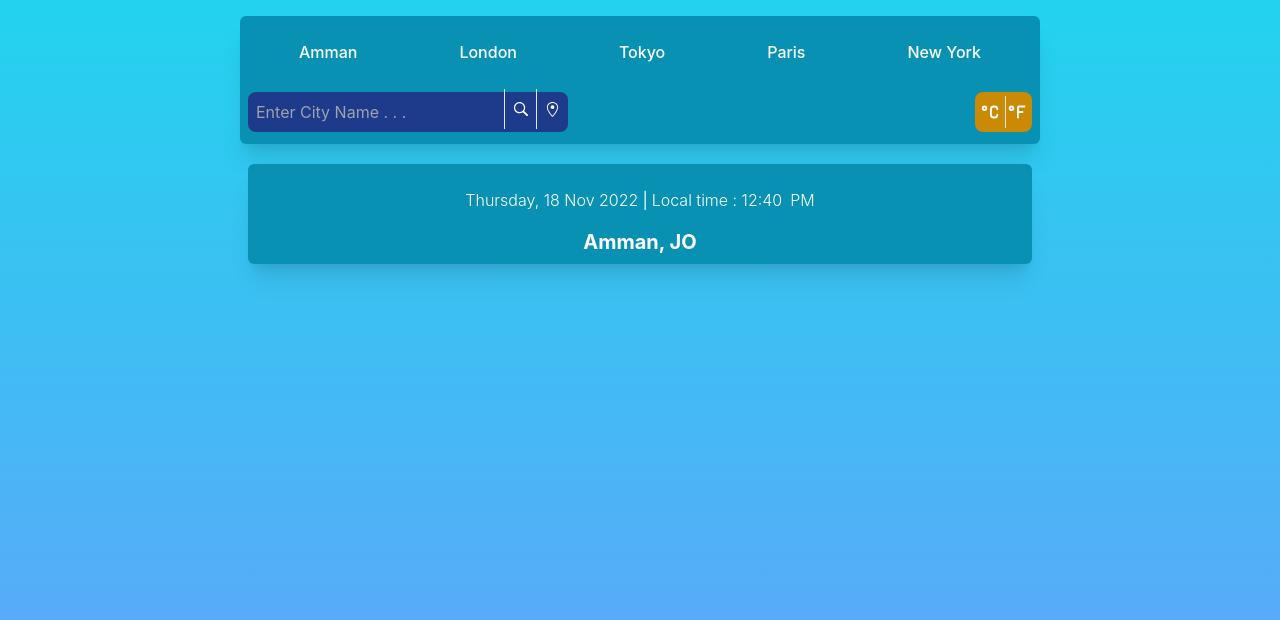
Repository: SaadYasin/next-js-forecast-tailwind
Page: /
An editor plug-in stored every save of this project. The page is shown before and after the next save, followed by the edit.
The browser window is 1280 px wide. The pictures show the whole page.
The project was rebuilt for these pictures with package versions that can differ from the ones it lists, and the page was loaded fresh each time. The framework's server and built-in components were replaced by stand-ins that run in the browser.

Above is the page before, as saved 2022-11-18 21:57:10.

### pages/index.js
import Head from 'next/head';
import TopButtons from '../components/TopButtons';
import Input from '../components/Input';
import MainCard from '../components/MainCard';

export default function Home() {
  return (
    <div>
      <Head>
        <title>Create Next App</title>
      </Head>
      <div className="bg-gradient-to-b from-cyan-400 to-blue-400 h-screen py-4">
        <div className="text-white w-[23rem] md:w-3/4 lg:w-[50rem] bg-cyan-600 h-32 mx-auto px-2 rounded-md shadow-xl">
          <TopButtons />

          <Input />

          <MainCard />
        </div>
      </div>
    </div>
  );
}

### styles/globals.css
@tailwind base;
@tailwind components;
@tailwind utilities;

* {
  padding: 0;
  margin: 0;
  box-sizing: border-box;
}

html,
body {
  font-family: -apple-system, BlinkMacSystemFont, Segoe UI, Roboto, Oxygen,
    Ubuntu, Cantarell, Fira Sans, Droid Sans, Helvetica Neue, sans-serif;
}

### components/TopButtons.js
const TopButtons = () => {

  const cities = [
    {
      id: 1,
      name: "Amman"
    },
    {
      id: 2,
      name: "London"
    },
    {
      id: 3,
      name: "Tokyo"
    },
    {
      id: 4,
      name: "Paris"
    },
    {
      id: 5,
      name: "New York"
    },
  ]

  return (
    <div className="flex items-center justify-around ">
      { cities.map((city) => (
        <button key={city.id} className="text-md font-medium my-6">{ city.name }</button>
      ))}
    </div>

  )
};

export default TopButtons;

### components/Input.js
import { GoSearch, GoLocation } from 'react-icons/go';
import { TbTemperatureCelsius, TbTemperatureFahrenheit } from 'react-icons/tb';

const Input = () => {

  return (
    <div className="flex items-center justify-between mt-1">
      <form className="flex items-center rounded-lg bg-blue-900 h-10">
        <input type="text" placeholder="Enter city name . . ." className="bg-transparent focus:outline-none pl-2 capitalize"/>

        <div>
        <button className="px-2 border-l h-10 transition ease-out hover:bg-yellow-600"><GoSearch size={15}/></button>
        <button className="px-2 border-l h-10 transition ease-out hover:bg-yellow-600"><GoLocation size={15}/></button>
        </div>

        </form>

        <div className="flex font-medium text-md bg-yellow-600 h-10 rounded-lg p-1">
        <button  name="metric" className="border-r pr-1"><TbTemperatureCelsius size={22} /></button>
        <button name="imperial" ><TbTemperatureFahrenheit size={22}/></button>
        </div>
    </div>

  )
}

export default Input;

### components/MainCard.js
import TimeAndDate from './TimeAndDate'
import Location from './Location';

const MainCard = () => {

  return (
    <div className="flex ">

    <div className="text-white mx-auto w-[23rem] md:w-3/4 lg:w-[50rem] bg-cyan-600 h-max-content p-2 mt-8 rounded-md shadow-xl">
      <TimeAndDate />
      <Location />

      </div>
    </div>


  )
};

export default MainCard;

### components/TimeAndDate.js
const TimeAndDate = () => {
  return (
    <div className="flex justify-center gap-1 px-4 pt-4 text-base">
      <h3 className="font-light">Thursday, 18 Nov 2022</h3>
      <p>|</p>
      <h3 className="font-light">
        Local time : 12:40<span className="ml-2">PM</span>
      </h3>
    </div>
  );
};

export default TimeAndDate;

### components/Location.js
const Location = () => {

  return (
    <div>
      <h1 className="text-center mt-4 text-xl font-bold">Amman, JO</h1>
    </div>

  )
};

export default Location;

Loaded but not shown: pages/_app.js (common file); tailwind.config.js (common file)

After the next save:
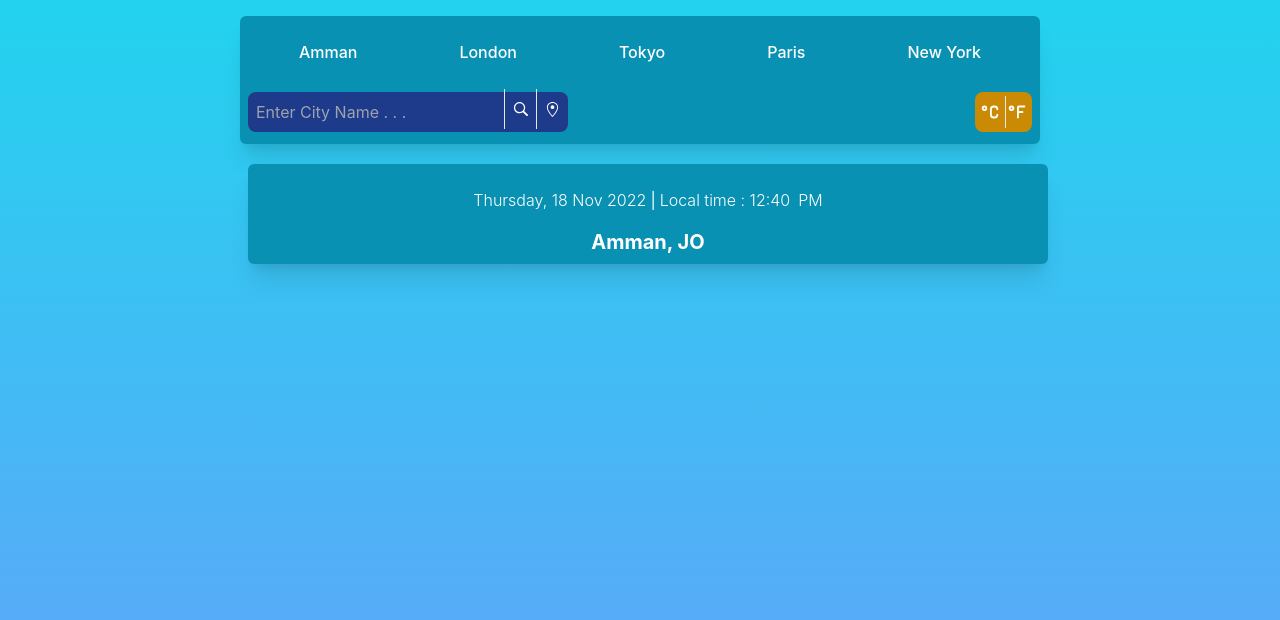
Saved 5 s later.
--- a/components/MainCard.js
+++ b/components/MainCard.js
@@ -4,7 +4,7 @@ import Location from './Location';
 const MainCard = () => {
 
   return (
-    <div className="flex ">
+    <div className="flex flex-col">
 
     <div className="text-white mx-auto w-[23rem] md:w-3/4 lg:w-[50rem] bg-cyan-600 h-max-content p-2 mt-8 rounded-md shadow-xl">
       <TimeAndDate />
